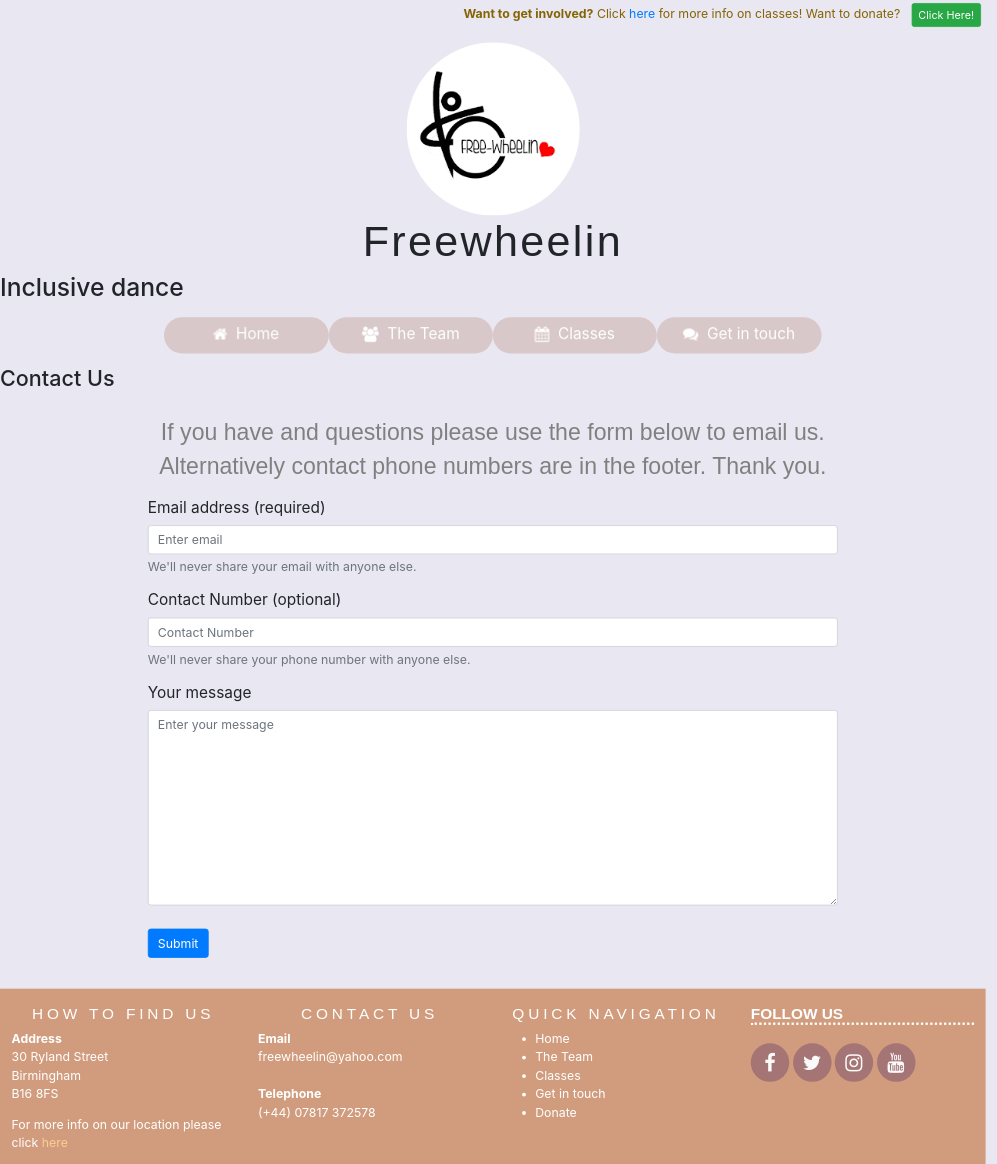
Repository: Code-Institute-Submissions/francisillingworth-resubmitted-milestone-project-1
Page: get-in-touch.html
The author's editor kept a record of every edit. The page is drawn from the files as they stood at one moment, then again after the next edit.
The browser window is 1280 px wide. The page is 1295 px wide, so the pictures cover 1295 px, including what lies to the right of the window. The pictures show the whole page, at 77% of full size.

Above is the page before.

After the next edit:
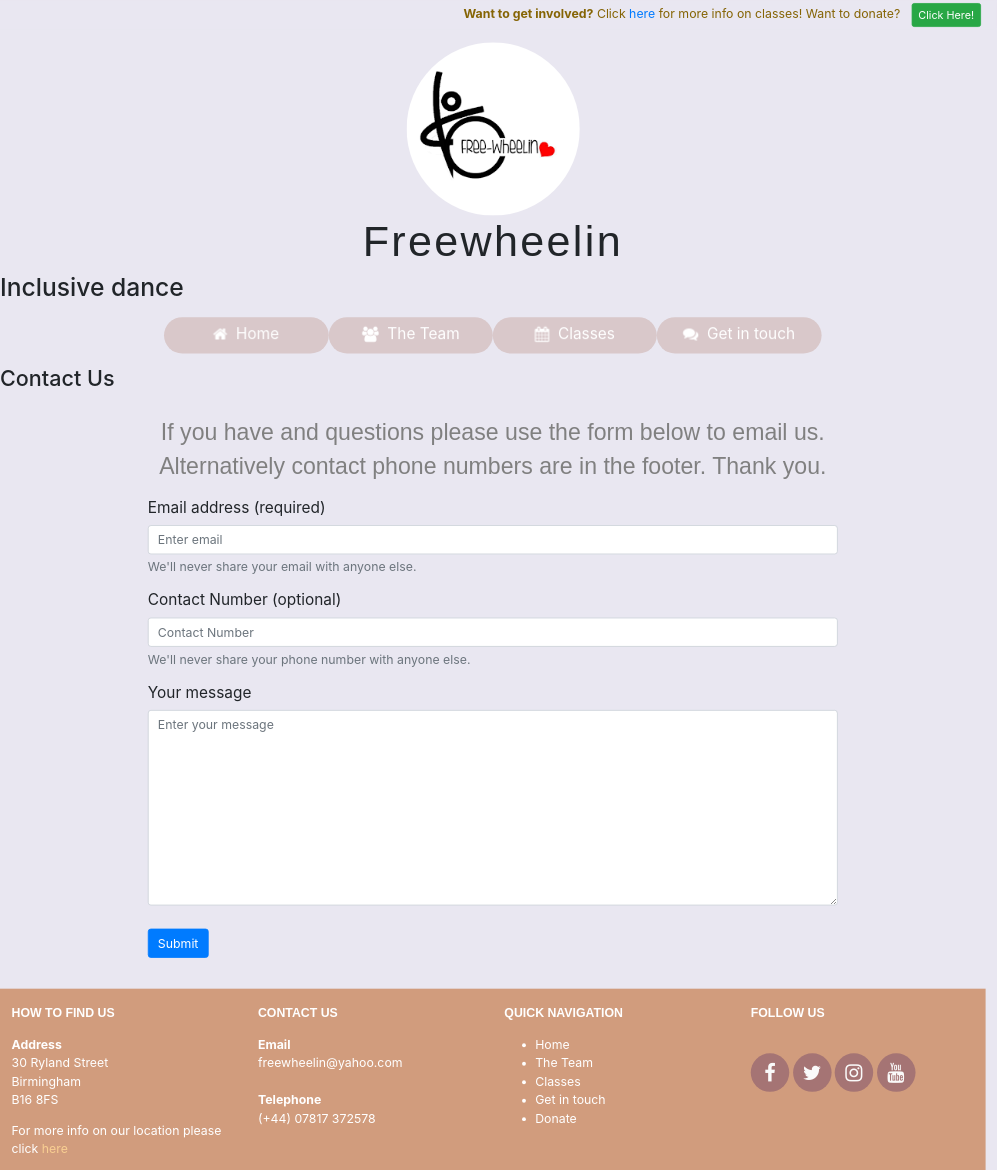
The edit:
--- a/get-in-touch.html
+++ b/get-in-touch.html
@@ -19,7 +19,7 @@
         <div class="container-fluid navalert-container">
             <div class="container-fluid alert-container">
                 <div class="row d-none d-lg-block">
-                        <div class="site-wide-alert alert alert-warning col-12 "><strong> Want to get involved?</strong> Click <a href="classes.html">here</a> for more info on classes! Want to donate? <button class="btn btn-success btn-sm " data-toggle="modal" data-target="#donateModal">Click Here!</button></div>
+                    <div class="site-wide-alert alert alert-warning col-12 "><strong> Want to get involved?</strong> Click <a href="classes.html">here</a> for more info on classes! Want to donate? <button class="btn btn-success btn-sm " data-toggle="modal" data-target="#donateModal">Click Here!</button></div>
                 </div>
             </div>
             <nav class="navbar navbar-dark navbar-expand-xl">
@@ -105,7 +105,7 @@
     <footer class="container-fluid">
         <div class="row">
             <div class="col-sm-6 col-md-4 col-lg-3">
-                <h4 class="uppercase general-sub"><strong>How to find us</strong></h4>
+                <p class="uppercase general-sub footerHeader"><strong>How to find us</strong></p>
                 <p class="footer-text"><strong>Address</strong><br>30 Ryland Street<br>Birmingham<br>B16 8FS</p>
                 <p class="footer-text footer-text-map-link">For more info on our location please click <a class="classes-page" href="classes.html">here</a></p>
                 <div class="container-map">
@@ -114,11 +114,11 @@
                 </div>
             </div>
             <div class="col-sm-6 col-md-4 col-lg-3">
-                <h4 class="uppercase general-sub"><strong>Contact Us</strong></h4>
+                <p class="uppercase general-sub footerHeader"><strong>Contact Us</strong></p>
                 <p class="footer-text"><strong> Email</strong><br>freewheelin@yahoo.com<br><br><strong>Telephone</strong><br>(+44) 07817 372578</p>
             </div>
             <div class="col-sm-6 col-md-4 col-lg-3">
-                <h4 class="uppercase general-sub"><strong>Quick Navigation</strong></h4>
+                <p class="uppercase general-sub footerHeader"><strong>Quick Navigation</strong></p>
                 <ul>
                     <li class="footer-nav"><a href="index.html">Home</a></li>
                     <li class="footer-nav"><a href="team.html">The Team</a></li>
@@ -128,7 +128,7 @@
                 </ul>
             </div>
             <div class="col-sm-6 col-md-4 col-lg-3">
-                <h5 class="uppercase general-sub"><strong>Follow us</strong></h5>
+                <p class="uppercase general-sub footerHeader"><strong>Follow us</strong></p>
                 <br>
                 <ul class="list-inline social-links">
                     <li class="list-inline-item">
@@ -138,7 +138,7 @@
                         </a>
                     </li>
                     <li class="list-inline-item">
-                        <a target="_blank" href="https://twitter.com/wheelin_free" class=>
+                        <a target="_blank" href="https://twitter.com/wheelin_free">
                             <i class="fa fa-twitter hvr-icon" aria-hidden="true"></i>
                             <span class="sr-only">Twitter</span>
                         </a>
